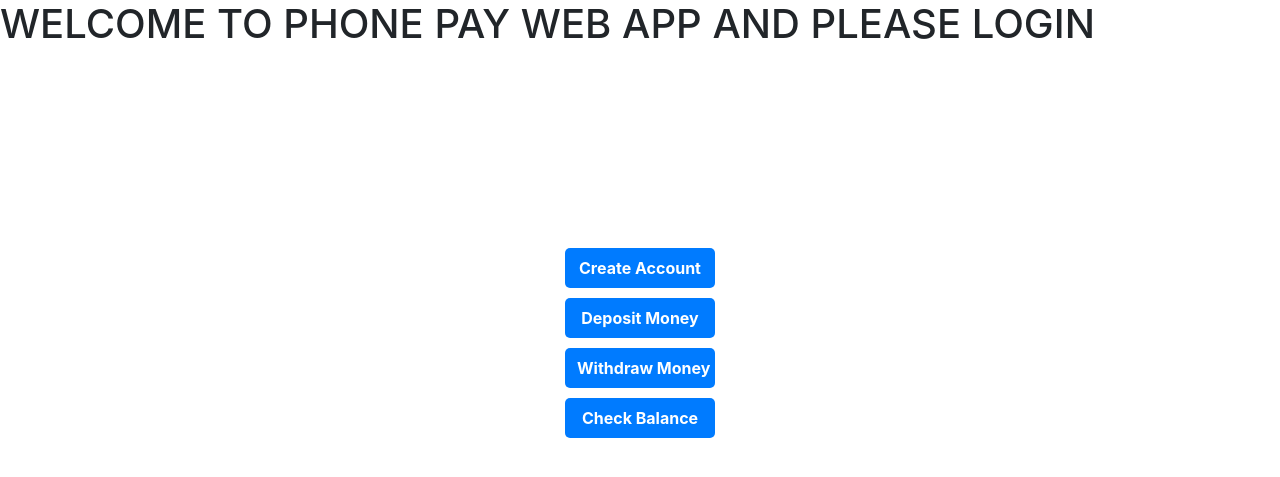
Repository: Surajkande2001/IGTSolution
Page: WebJSPProject1/src/main/webapp/Index.html
An editor plug-in stored every save of this project. The page is shown before and after the next save, followed by the edit.
The browser window is 1280 px wide. The pictures show the whole page.

Above is the page before, as saved 2023-07-02 16:25:31.
Console error: TypeError: Cannot read properties of undefined (reading 'fn')

After the next save:
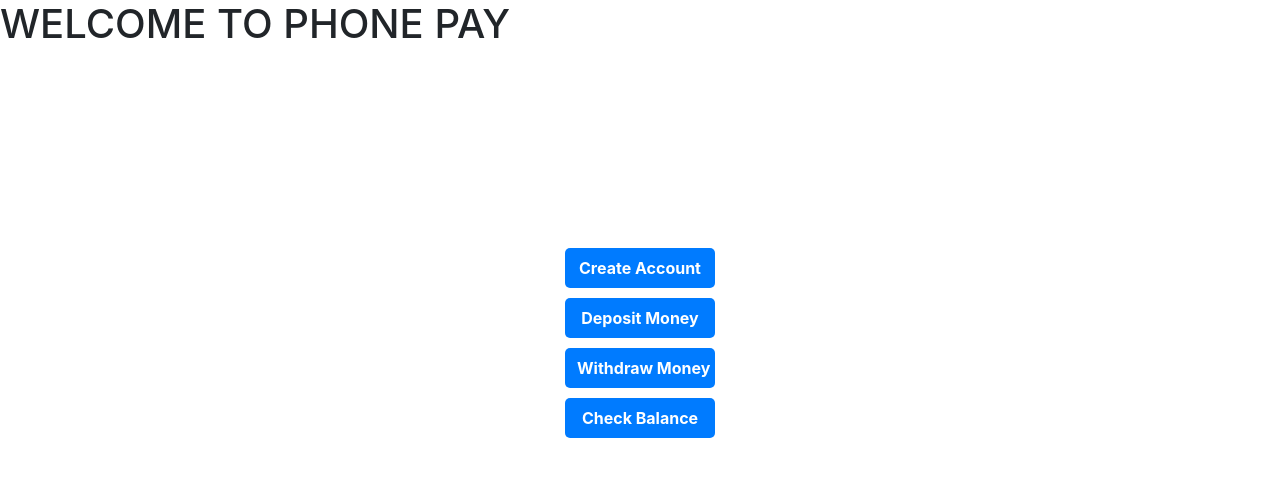
Saved 58 s later.
--- a/WebJSPProject1/src/main/webapp/Index.html
+++ b/WebJSPProject1/src/main/webapp/Index.html
@@ -2,7 +2,7 @@
 <html>
 
 <head>
-    <h1> WELCOME TO PHONE PAY WEB APP AND PLEASE LOGIN </h1>
+    <h1> WELCOME TO PHONE PAY  </h1>
 	<meta charset="ISO-8859-1">
 	<title>Welcome To Phone Pay</title>
 	<style>
